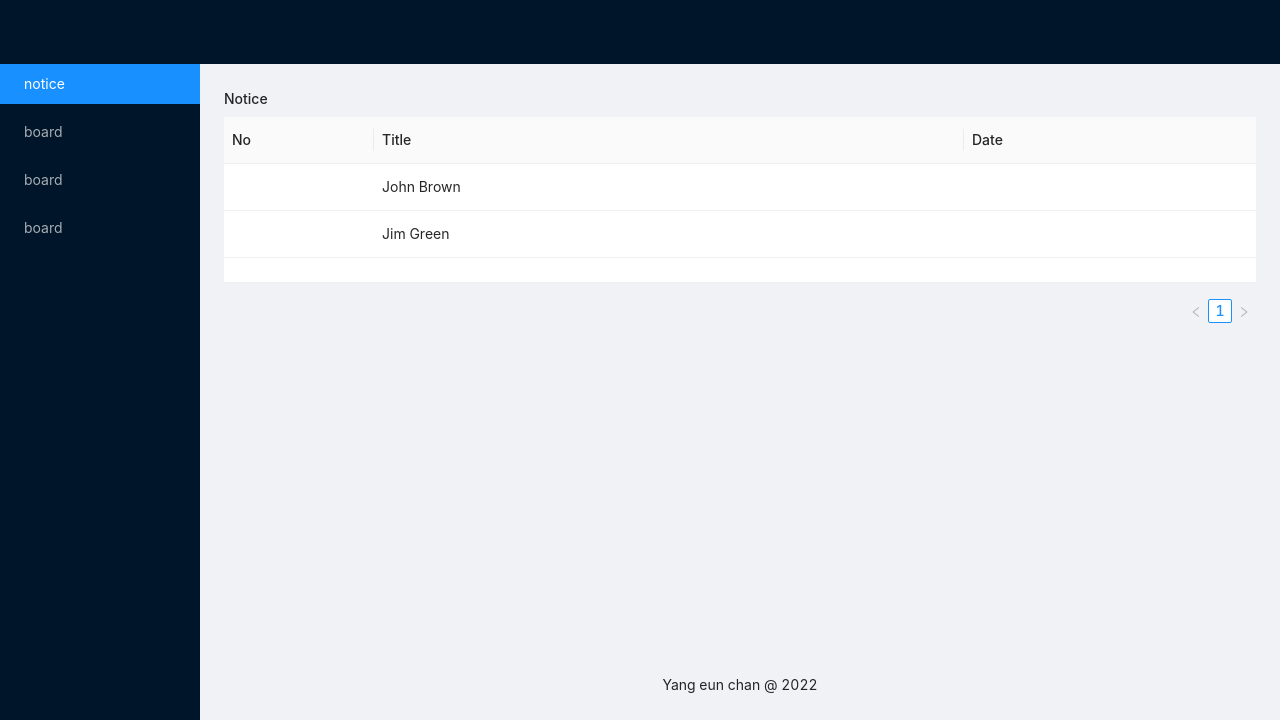
Repository: yangddoddi/community_react
Page: /
The author's editor kept a copy of each file at every save. The page is drawn from the files as they stood at one save, then again after the next save.
The browser window is 1280 px wide. The pictures show the whole page.
The project was rebuilt for these pictures with package versions that can differ from the ones it lists, and the page was loaded fresh each time.

Above is the page before, as saved 2022-08-17 03:18:37.

### src/App.js
import { Layout, Menu } from "antd";
import "antd/dist/antd.css";
import "./App.scss";
import React from "react";
import styled from "styled-components";
import { Posts } from "./pages/Posts";
const { Header, Content, Footer, Sider } = Layout;

const LayoutStyled = styled(Layout)`
  height: 100%;
`;

const ContentStyled = styled(Content)`
  height: 100%;
  margin: "24px 16px 0";
`;

const MenuStyled = styled(Menu)`
  padding-top: 60px;
`;

const HeaderStyled = styled(Header)`
  padding: 0;
`;

const App = () => {
  const items = [
    { label: "notice", key: "1" },
    { label: "board", key: "2" },
    { label: "board", key: "3" },
    { label: "board", key: "4" },
  ];

  return (
    <LayoutStyled>
      <Sider
        breakpoint="lg"
        collapsedWidth="0"
        onBreakpoint={(broken) => {
          console.log(broken);
        }}
        onCollapse={(collapsed, type) => {
          console.log(collapsed, type);
        }}
      >
        <div className="logo" />
        <MenuStyled
          theme="dark"
          mode="inline"
          defaultSelectedKeys={["1"]}
          items={items}
        />
      </Sider>
      <Layout>
        <HeaderStyled className="site-layout-sub-header-backgrond" />
        <ContentStyled>
          <div
            className="site-layout-background"
            style={{
              padding: 24,
              minHeight: 360,
            }}
          >
            <Posts />
          </div>
        </ContentStyled>
        <Footer
          style={{
            textAlign: "center",
          }}
        >
          Yang eun chan @ 2022
        </Footer>
      </Layout>
    </LayoutStyled>
  );
};

export default App;

### src/App.scss
.site-layout-content {
    min-height: 280px;
    padding: 24px;
    background: #fff;
  }
  #components-layout-demo-top .logo {
    float: left;
    width: 120px;
    height: 31px;
    margin: 16px 24px 16px 0;
    background: rgba(255, 255, 255, 0.3);
  }
  .ant-row-rtl #components-layout-demo-top .logo {
    float: right;
    margin: 16px 0 16px 24px;
  }

  #root {
    height: 100%;
  }

### src/pages/Posts.js
import { Table } from "antd";
import React from "react";
const columns = [
  {
    title: "No",
    dataIndex: "no",
    width: 150,
  },
  {
    title: "Title",
    dataIndex: "title",
  },
  {
    title: "Date",
    dataIndex: "date",
  },
];
const data = [
  {
    key: "1",
    title: "John Brown",
    uploaded: 23,
    address: "New York No. 1 Lake Park",
  },
  {
    key: "2",
    title: "Jim Green",
    age: 42,
    address: "London No. 1 Lake Park",
  },
  {
    key: "3",
    name: "Joe Black",
    age: 32,
    address: "Sidney No. 1 Lake Park",
  },
];

export const Posts = () => {
  return (
    <div>
      <h4>Notice</h4>
      <Table columns={columns} dataSource={data} size="middle" />
    </div>
  );
};

Loaded but not shown: public/index.html (common file); src/index.js (common file); src/index.css (common file); src/reportWebVitals.js (common file)

After the next save:
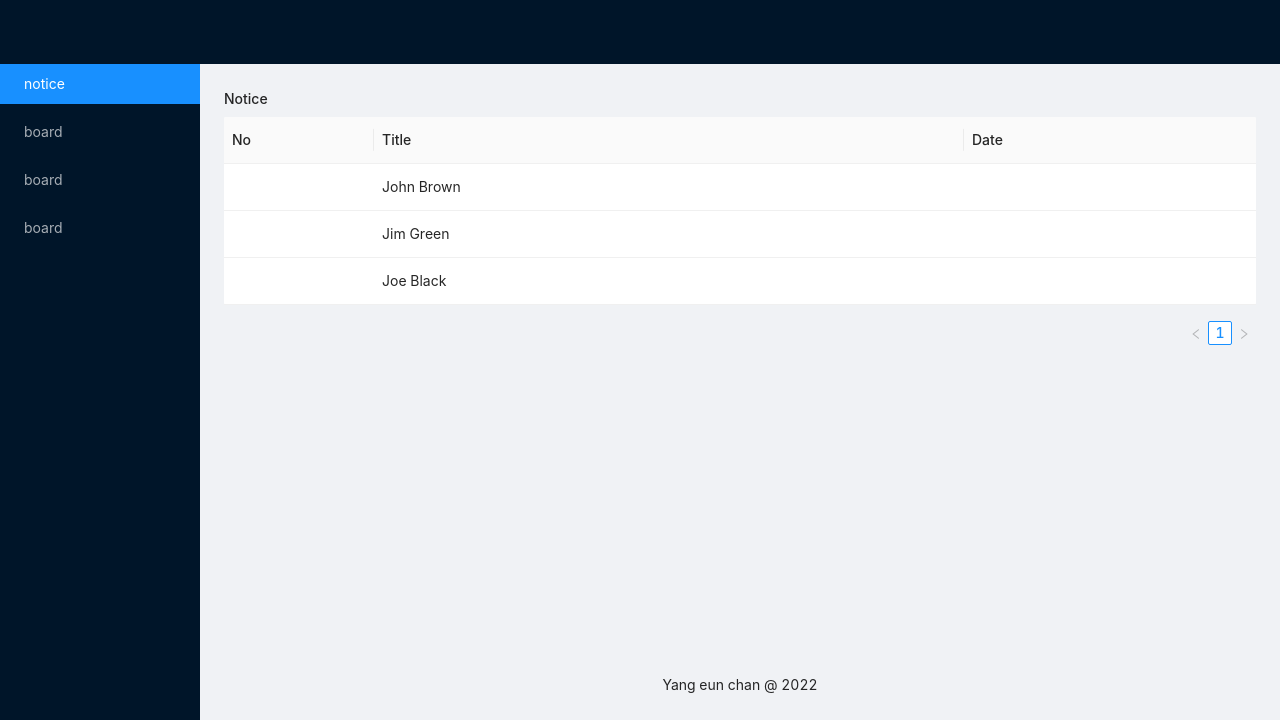
Saved 4 s later.
--- a/src/pages/Posts.js
+++ b/src/pages/Posts.js
@@ -30,7 +30,7 @@ const data = [
   },
   {
     key: "3",
-    name: "Joe Black",
+    title: "Joe Black",
     age: 32,
     address: "Sidney No. 1 Lake Park",
   },
